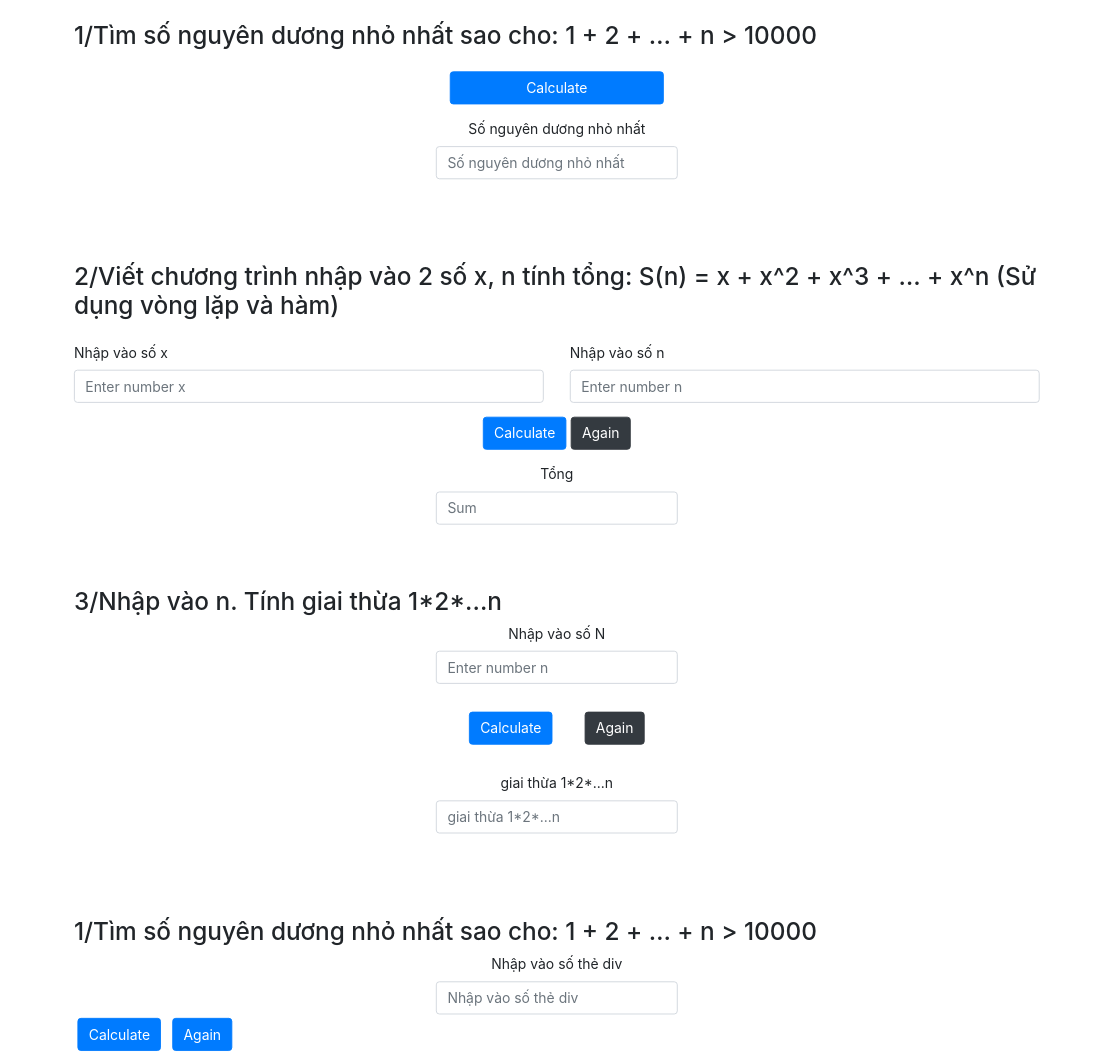
Repository: baobaodeveloper/bootcamp21__loop__HuynhAnhBao
Page: index.html
These files come from the project's save history. The page is drawn as it stood at one moment and after the next save; the edit follows.
The browser window is 1280 px wide. The pictures show the whole page, at 87% of full size.

Above is the page before, as saved 2022-03-17 19:18:35.

### index.html
<!DOCTYPE html>
<html lang="en">
  <head>
    <title>Exercise Js</title>
    <!-- Required meta tags -->
    <meta charset="utf-8" />
    <meta
      name="viewport"
      content="width=device-width, initial-scale=1, shrink-to-fit=no"
    />

    <!-- Bootstrap CSS -->
    <link
      rel="stylesheet"
      href="https://stackpath.bootstrapcdn.com/bootstrap/4.3.1/css/bootstrap.min.css"
      integrity="sha384-ggOyR0iXCbMQv3Xipma34MD+dH/1fQ784/j6cY/iJTQUOhcWr7x9JvoRxT2MZw1T"
      crossorigin="anonymous"
    />
  </head>
  <body>
    <!--1/Tìm số nguyên dương nhỏ nhất sao cho:
    1 + 2 + … + n > 10000-->
    <div class="container mt-4">
      <h3>1/Tìm số nguyên dương nhỏ nhất sao cho: 1 + 2 + … + n > 10000</h3>
      <div class="mb-3 flex-md-column d-flex w-25 m-auto text-center">
        <button type="button" id="min-number" class="btn btn-primary m-3">
          Calculate
        </button>
        <label class="form-label">Số nguyên dương nhỏ nhất</label>
        <input
          type="text"
          class="form-control"
          id="result1"
          placeholder="Số nguyên dương nhỏ nhất"
        />
      </div>
    </div>

    <!--2/Viết chương trình nhập vào 2 số x, n tính tổng: S(n) = x + x^2 + x^3 + … + x^n (Sử
    dụng vòng lặp và hàm)-->
    <div class="container mt-5 pt-5">
      <h3>
        2/Viết chương trình nhập vào 2 số x, n tính tổng: S(n) = x + x^2 + x^3 +
        … + x^n (Sử dụng vòng lặp và hàm)
      </h3>
      <div class="row mt-4">
        <div class="col">
          <label class="form-label">Nhập vào số x</label>
          <input
            type="number"
            class="form-control"
            placeholder="Enter number x"
            id="number-x"
          />
        </div>
        <div class="col">
          <label class="form-label">Nhập vào số n</label>
          <input
            type="number"
            class="form-control"
            placeholder="Enter number n"
            id="number-n"
          />
        </div>
      </div>

      <div class="m-3 text-center">
        <button type="button" id="calculate-sum" class="btn btn-primary">
          Calculate
        </button>
        <button type="button" id="calculate-sum-again" class="btn btn-dark">
          Again
        </button>
      </div>

      <div class="w-25 m-auto text-center">
        <label class="form-label">Tổng</label>
        <input
          type="text"
          class="form-control"
          id="result2"
          placeholder="Sum"
        />
      </div>
    </div>

    <!--3/Nhập vào n. Tính giai thừa 1*2*...n-->
    <div class="container mt-4 pt-5">
      <h3>3/Nhập vào n. Tính giai thừa 1*2*...n</h3>
      <div class="w-25 m-auto text-center">
        <label class="form-label">Nhập vào số N</label>
        <input
          type="email"
          class="form-control"
          id="num-enter"
          placeholder="Enter number n"
        />
      </div>
      <div class="mb-3 flex-md-column d-flex w-25 m-auto text-center">
        <div class="m-3">
          <button
            type="button"
            id="calculate-num-n"
            class="btn btn-primary m-3"
          >
            Calculate
          </button>
          <button
            type="button"
            id="calculate-num-n-again"
            class="btn btn-dark m-3"
          >
            Again
          </button>
        </div>
        <label class="form-label">giai thừa 1*2*...n</label>
        <input
          type="text"
          class="form-control"
          id="result3"
          placeholder="giai thừa 1*2*...n"
        />
      </div>
    </div>

    <!--4/Hãy viết chương trình khi click vào button sẽ in ra 10 thẻ div. Nếu div nào vị trí chẵn thì
    background màu đỏ và lẻ thì background màu xanh.-->
    <div class="container mt-5 pt-5">
      <h3>1/Tìm số nguyên dương nhỏ nhất sao cho: 1 + 2 + … + n > 10000</h3>
      <div class="mb-3 flex-md-column d-flex w-25 m-auto text-center">
        <label class="form-label">Nhập vào số thẻ div</label>
        <input
          type="number"
          class="form-control"
          id="number-div"
          placeholder="Nhập vào số thẻ div"
        />
      </div>
      <div>
        <button type="button" id="creat-div" class="btn btn-primary m-1">
          Calculate
        </button>
        <button type="button" id="creat-div-again" class="btn btn-primary m-1">
          Again
        </button>
      </div>
      <div id="result4"></div>
    </div>

    <!-- Optional JavaScript -->
    <!-- jQuery first, then Popper.js, then Bootstrap JS -->
    <script
      src="https://code.jquery.com/jquery-3.3.1.slim.min.js"
      integrity="sha384-q8i/X+965DzO0rT7abK41JStQIAqVgRVzpbzo5smXKp4YfRvH+8abtTE1Pi6jizo"
      crossorigin="anonymous"
    ></script>
    <script
      src="https://cdnjs.cloudflare.com/ajax/libs/popper.js/1.14.7/umd/popper.min.js"
      integrity="sha384-UO2eT0CpHqdSJQ6hJty5KVphtPhzWj9WO1clHTMGa3JDZwrnQq4sF86dIHNDz0W1"
      crossorigin="anonymous"
    ></script>
    <script
      src="https://stackpath.bootstrapcdn.com/bootstrap/4.3.1/js/bootstrap.min.js"
      integrity="sha384-JjSmVgyd0p3pXB1rRibZUAYoIIy6OrQ6VrjIEaFf/nJGzIxFDsf4x0xIM+B07jRM"
      crossorigin="anonymous"
    ></script>

    <!-- <script src="exercise1.js"></script> -->
    <!-- <script src="exercise2.js"></script> -->
    <script src="exercise3.js"></script>
  </body>
</html>

### exercise3.js
const numEnter = document.getElementById("num-enter");
const result3 = document.getElementById("result3");
document.getElementById("calculate-num-n").addEventListener("click", () => {
  if (numEnter.value) {
    const numEnterValue = +numEnter.value;
    let sum = 1;
    if (numEnterValue === 0) sum = 0;
    for (let i = 2; i <= numEnterValue; i++) {
      sum *= i;
    }
    result3.value = sum;
  }
});

document
  .getElementById("calculate-num-n-again")
  .addEventListener("click", () => {
    result3.value = "";
    numEnter.value = "";
  });

After the next save:
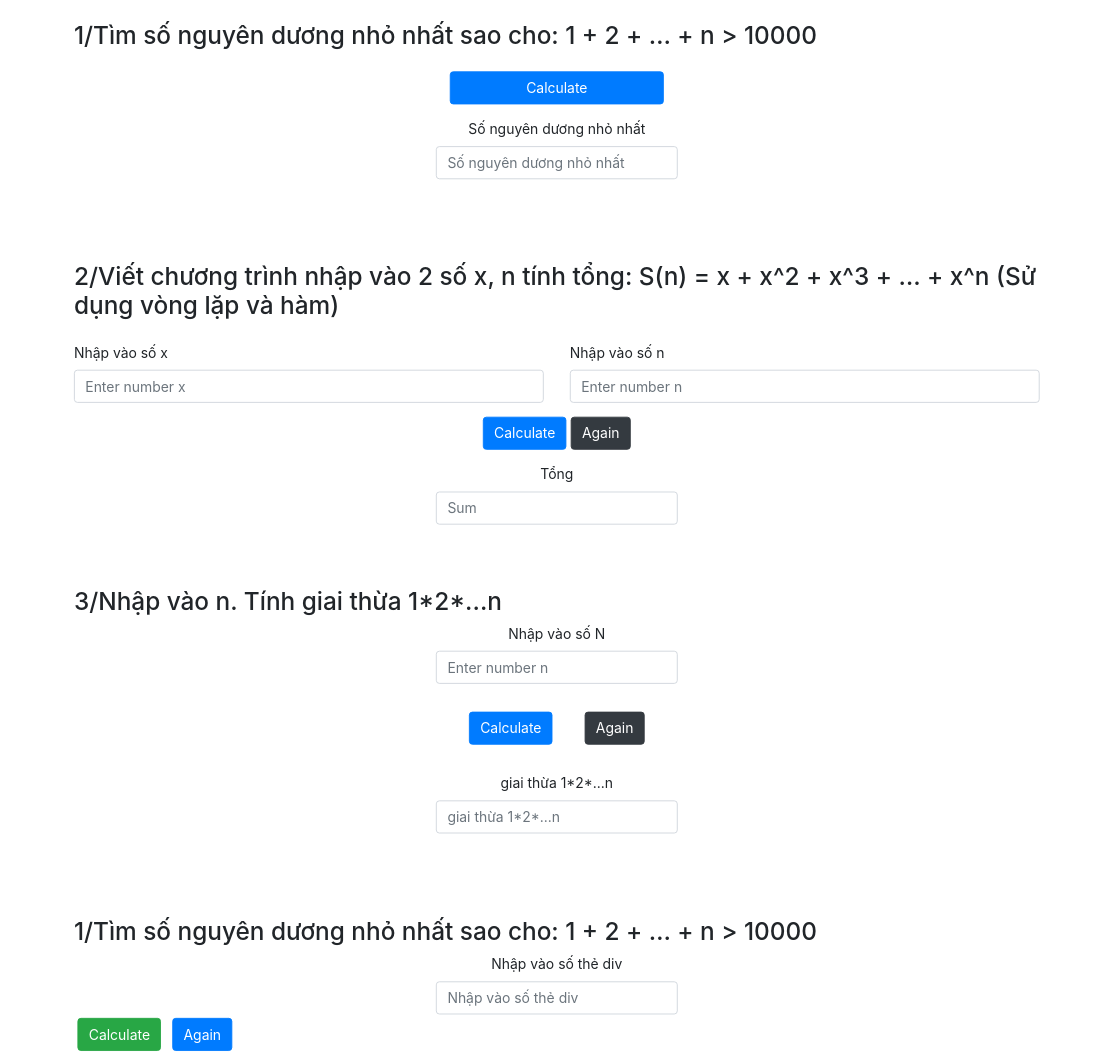
Saved 16 s later.
--- a/index.html
+++ b/index.html
@@ -137,7 +137,7 @@
         />
       </div>
       <div>
-        <button type="button" id="creat-div" class="btn btn-primary m-1">
+        <button type="button" id="creat-div" class="btn btn-success m-1">
           Calculate
         </button>
         <button type="button" id="creat-div-again" class="btn btn-primary m-1">
